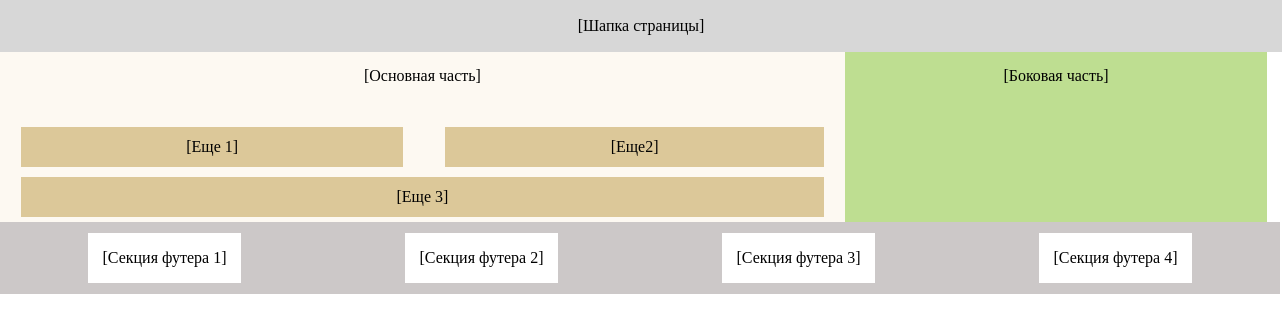
Repository: VictoriSyh/week7
Page: index_adapt.html
The author's editor kept a copy of each file at every save. The page is drawn from the files as they stood at one save, then again after a run of saves.
The browser window is 1280 px wide. The page is 1282 px wide, then 1280 px, then 1282 px, so the pictures cover 1282 px, including what lies to the right of the window. The pictures show the whole page.

Above is the page before, as saved 2025-01-02 17:42:47.

After the next 4 saves:
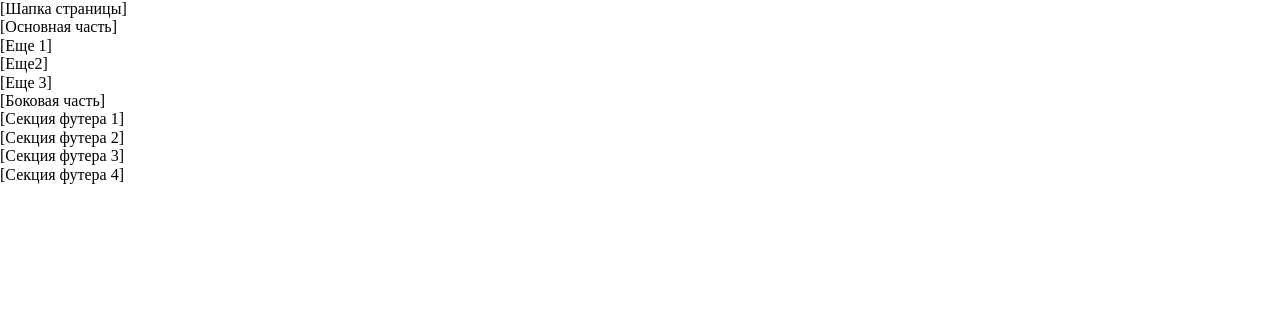
Not found: assets/
The 4 saves are shown as one change because they came seconds apart.
The last was saved 27 s later.
--- a/index_adapt.html
+++ b/index_adapt.html
@@ -2,7 +2,7 @@
 <html lang="ru">
 <head>
     <link rel="stylesheet" href="/styles/normalize.css">
-    <link rel="stylesheet" href="/styles/style.css">
+    <link rel="stylesheet" href="./assets/">
     <meta charset="UTF-8">
     <meta name="viewport" content="width=device-width, initial-scale=1.0">
     <link rel="shortcut icon" href="https://www.svgrepo.com/show/529024/home-wifi-angle.svg"

After the 3 saves that followed:
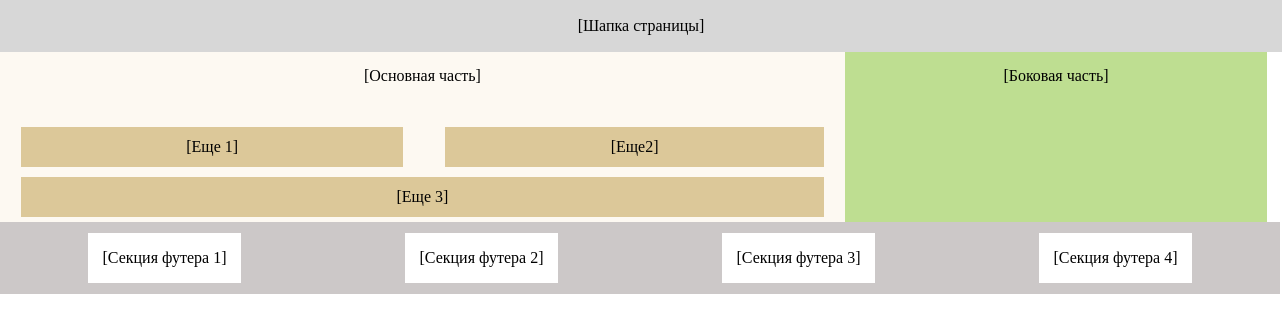
The 3 saves are shown as one change because 1 left the picture as it was and some came seconds apart.
The last was saved 9 s later.
--- a/index_adapt.html
+++ b/index_adapt.html
@@ -2,7 +2,7 @@
 <html lang="ru">
 <head>
     <link rel="stylesheet" href="/styles/normalize.css">
-    <link rel="stylesheet" href="./assets/">
+    <link rel="stylesheet" href="./styles/style_adapt.css">
     <meta charset="UTF-8">
     <meta name="viewport" content="width=device-width, initial-scale=1.0">
     <link rel="shortcut icon" href="https://www.svgrepo.com/show/529024/home-wifi-angle.svg"
